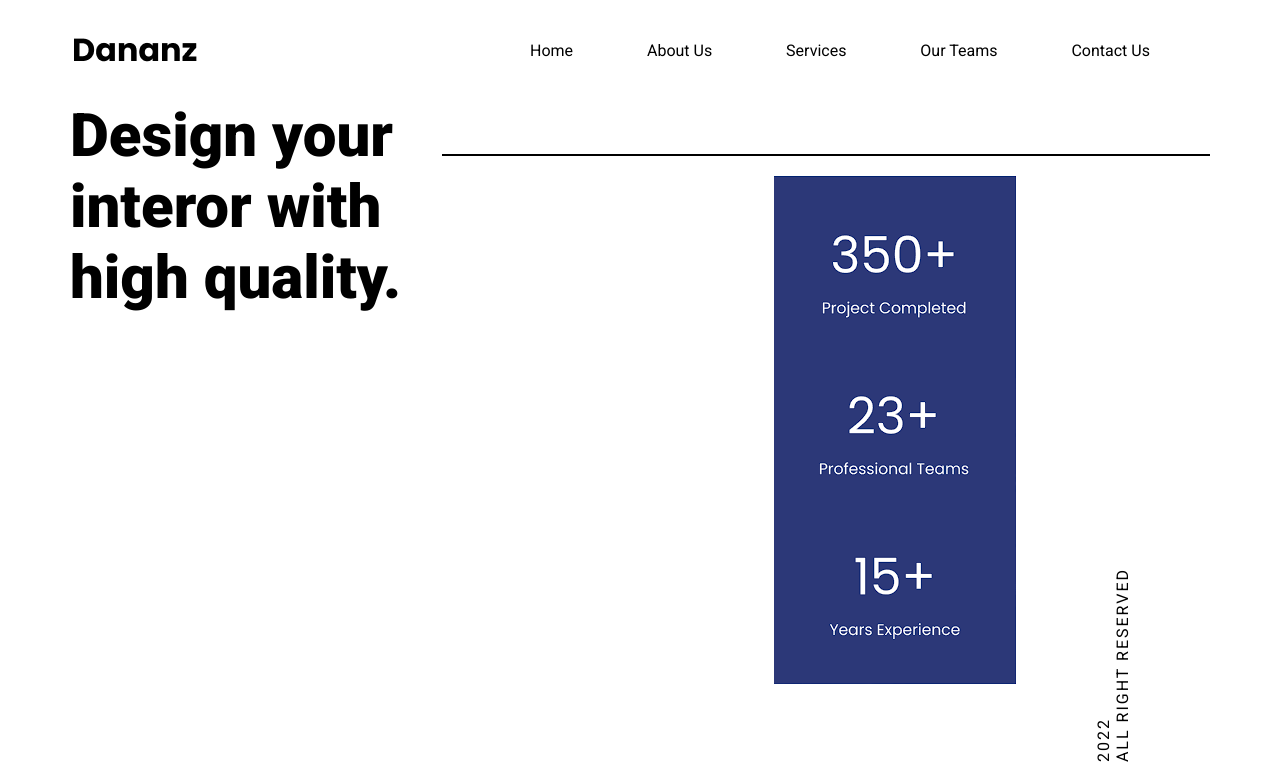
Repository: AsadKasimov/disain
Page: index.html
The author's editor kept a copy of each file at every save. The page is drawn from the files as they stood at one save, then again after a run of saves.
The browser window is 1280 px wide. The pictures show the whole page.

Above is the page before, as saved 2023-04-20 12:58:39.

### index.html
<!DOCTYPE html>
<html lang="en">
<head>
    <meta charset="UTF-8">
    <meta http-equiv="X-UA-Compatible" content="IE=edge">
    <meta name="viewport" content="width=device-width, initial-scale=1.0">
    <title>F</title>
    <link rel="stylesheet" href="./style.css">
</head>
<body>

    <div class="wrapper">
        <header class="header">
            <!-- Шапка -->
            <div class="logo">
                <img src="./img/Dananz.png" alt="">
            </div>

            <!-- Меню сайта -->
            <nav class="nav">
                <ul>
                    <li>Home</li>
                    <li>About Us</li>
                    <li>Services</li>
                    <li>Our Teams</li>
                    <li>Contact Us</li>

                </ul>
            </nav>

            <!-- Иконка бургерменю -->
            <div class="burger">
                <span></span>
            </div>
        </header>
        <div class="menu">
            <div class="text-menu">
                <h1>Design your interor with high quality.</h1>
            </div>
            <div class="text-line">
                <hr class="text-line-l">
                <div class="h-pic">
                    <img src="./img/rec.png" alt="">
                    <div class="img-t">
                        <p>2022<br>ALL RIGHT RESERVED</p>
                    </div>
                </div>

            </div>


        </div>
        <div class="h-pic2">
            <img src="./img/rec.png" alt="">
        </div>
    </div>



    <script>
        document.querySelector('.burger').addEventListener('click', function() {
            this.classList.toggle('active');
            document.querySelector('.nav').classList.toggle('open');
        })
    </script>
</body>
</html>

### style.css
@import url('https://fonts.googleapis.com/css2?family=Roboto:ital,wght@0,100;0,300;0,400;0,500;0,900;1,100;1,300;1,400;1,500;1,700;1,900&display=swap');

html, body {
  height: 100%;
  width: 100%;

}

body {
  display: flex;
  flex-direction: column;
  font-family: 'Roboto', sans-serif;
  background-color: #fff;
  /* overflow: hidden; */

}

*{
  padding: 0;
  margin: 0;
  box-sizing: border-box;
}

.wrapper{
  flex-grow: 1;
}

.open{
  display: flex !important;
}

.header{
  display: flex;
  align-items: center;
  justify-content: space-between;
  min-height: 100px;
  background-color: #fff;
  color: #000;
  padding: 0 90px;
}

.logo{
  display: flex;
  justify-content: center;
  flex-direction: column;
  align-items: center;

  width: 90px;
  height: 90px;
}

.nav{
  display: flex;
  width: 700px;
  padding: 0 40px;
}

.nav ul{
  width: 100%;
  list-style: none;
  display: flex;
  justify-content: space-between;
}

.burger{
  display: none;
  position: relative;
  z-index: 50;
  align-items: center;
  justify-content: flex-end;
  width: 30px;
  height: 18px;
}

.burger span{
  height: 2px;
  width: 80%;
  transform: scale(1);
  background-color: #000;
}

.burger::before, .burger::after{
  content: '';
  position: absolute;
  height: 2px;
  width: 100%;
  background-color: #000;
  transition: all 0.3s ease 0s;
}

.burger::before { top: 0 }

.burger::after { bottom: 0 }


.burger.active span { transform: scale(0) }

.burger.active::before{
  top: 50%;
  transform: rotate(-45deg) translate(0, -50%);
}

.burger.active::after{
  bottom: 50%;
  transform: rotate(45deg) translate(0, 50%);
}

h1 {
  display: block;
  font-size: 2em;
  margin-block-start: 0;
  margin-block-end: 0;
  margin-inline-start: 0px;
  margin-inline-end: 0px;
  font-weight: bold;
}

.menu{
  display: flex;
  justify-content: flex-start;
  padding: 0 70px;
  align-items:baseline;

}

.text-menu{
  font-weight: 700;
  font-size: 30px;
  width: 500px;
}

hr.text-line-l{
  border: 1px solid black;
  width: 60vw;

}

.text-line{
  display: flex;
  flex-direction: column;
  gap: 20px;
}

.h-pic2{
  display: none;
}

.h-pic{
  display: flex;
  justify-content: flex-end;
  align-items: flex-end;

}

.img-t {
  display: flex;
  max-height: min-content;
  justify-content: flex-start;
}

.img-t p{

  text-transform: uppercase;
  letter-spacing: 2px;
  transform: rotate(-90deg);
  display: flex;
  /* justify-content: flex-start;
  align-items: center; */
}

@media (max-width: 700px) {

  .h-pic{
    display: none;
  }


  .h-pic2{
    display: block;
  }


  hr.text-line-l {
    border: 1px solid black;
    height: 100%;
    width: 0px;
  }



  .menu{
    display: flex;
    justify-content: flex-start;
    padding: 0 20px;
    align-items:normal;
    gap: 23%;
  }

  .text-menu{
    width: 70%;
    font-size: 22px;

  }

  .header{
    display: flex;
    align-items: center;
    justify-content: space-between;
    min-height: 100px;
    background-color: #fff;
    color: #000;
    padding: 0 40px;
  }

  .nav{
    display: flex;
    width: 700px;
    padding: 0 40px;
  }

  .burger { display: flex }

  .nav{
      display: none;
      flex-direction: column;
      position: fixed;
      height: 100%;
      width: 100%;
      top: 0; bottom: 0; left: 0; right: 0;
      z-index: 50;
      overflow-y: auto;
      padding: 50px 40px;
      background-color: ghostwhite;

  }

  .nav ul{
      flex-direction: column;
      row-gap: 30px;
  }
}

After the next 2 saves:
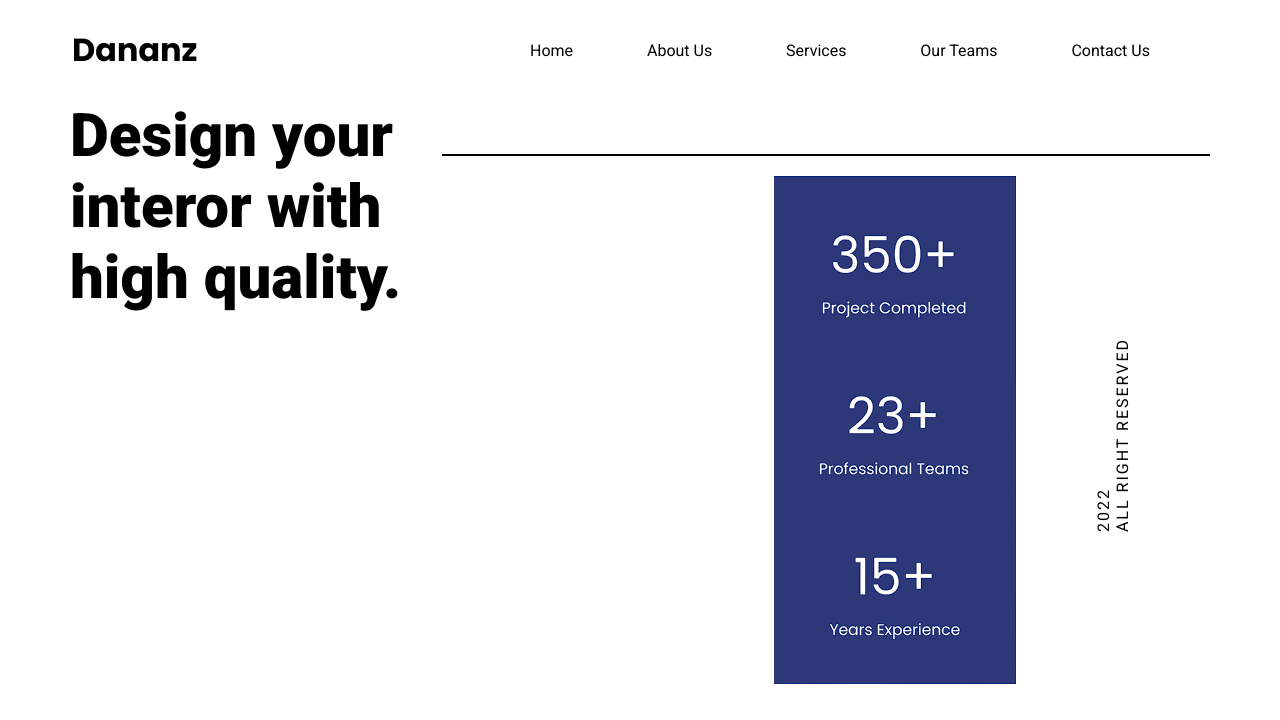
The 2 saves are shown as one change because they came seconds apart.
The last was saved 17 s later.
--- a/style.css
+++ b/style.css
@@ -154,8 +154,7 @@ hr.text-line-l{
 
 .img-t {
   display: flex;
-  max-height: min-content;
-  justify-content: flex-start;
+  padding-bottom: 30%;
 }
 
 .img-t p{
@@ -164,8 +163,8 @@ hr.text-line-l{
   letter-spacing: 2px;
   transform: rotate(-90deg);
   display: flex;
-  /* justify-content: flex-start;
-  align-items: center; */
+  justify-content: flex-start;
+  align-items: center;
 }
 
 @media (max-width: 700px) {
